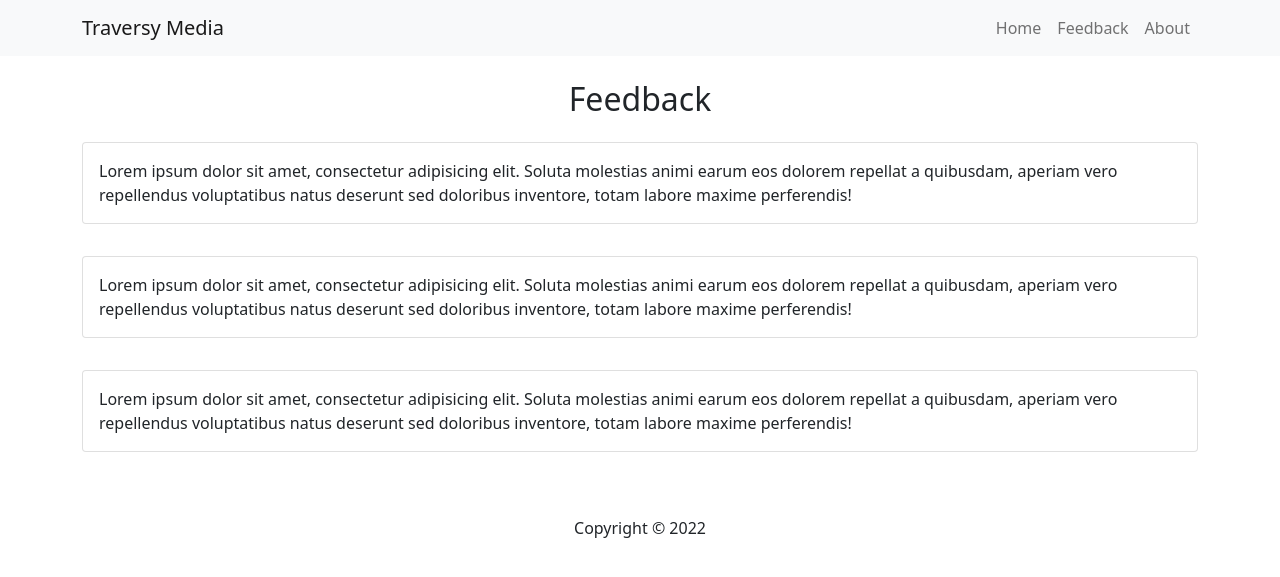
Repository: Haviles04/feedback
Page: http://localhost/feedback.php
An editor plug-in stored every save of this project. The page is shown before and after the next save, followed by the edit.
The browser window is 1280 px wide. The pictures show the whole page.
The page is run by PHP 8.4 with error messages shown; the project is at /var/www/html/.

Above is the page before, as saved 2024-04-29 18:10:48.

### feedback.php
<?php include 'inc/header.php'; ?>

<?php
$feedback = [
  [
    'id' => '1',
    'name' => 'Beth Williams',
    'email' => 'beth@gmail.com',
    'body' => 'This is ok'
  ],
  [
    'id' => '2',
    'name' => 'Walt Williams',
    'email' => 'walt@gmail.com',
    'body' => 'This sucks'
  ],
  [
    'id' => '3',
    'name' => 'Bill Johnson',
    'email' => 'bill@gmail.com',
    'body' => 'This rocks!'
  ]
]
?>


<h2>Feedback</h2>

<?php if (empty($feedback)) : ?>
  <p class="lead mt-3"> There is no feedback</p>
<?php endif; ?>

<div class="card my-3">
  <div class="card-body">
    Lorem ipsum dolor sit amet, consectetur adipisicing elit. Soluta
    molestias animi earum eos dolorem repellat a quibusdam, aperiam vero
    repellendus voluptatibus natus deserunt sed doloribus inventore,
    totam labore maxime perferendis!
  </div>
</div>

<div class="card my-3">
  <div class="card-body">
    Lorem ipsum dolor sit amet, consectetur adipisicing elit. Soluta
    molestias animi earum eos dolorem repellat a quibusdam, aperiam vero
    repellendus voluptatibus natus deserunt sed doloribus inventore,
    totam labore maxime perferendis!
  </div>
</div>

<div class="card my-3">
  <div class="card-body">
    Lorem ipsum dolor sit amet, consectetur adipisicing elit. Soluta
    molestias animi earum eos dolorem repellat a quibusdam, aperiam vero
    repellendus voluptatibus natus deserunt sed doloribus inventore,
    totam labore maxime perferendis!
  </div>
</div>

<?php include 'inc/footer.php';

### inc/header.php
<?php include 'config/database.php'; ?>


<!DOCTYPE html>
<html lang="en">

<head>
    <meta charset="UTF-8" />
    <meta http-equiv="X-UA-Compatible" content="IE=edge" />
    <meta name="viewport" content="width=device-width, initial-scale=1.0" />
    <link href="https://cdn.jsdelivr.net/npm/bootstrap@5.0.2/dist/css/bootstrap.min.css" rel="stylesheet" integrity="sha384-EVSTQN3/azprG1Anm3QDgpJLIm9Nao0Yz1ztcQTwFspd3yD65VohhpuuCOmLASjC" crossorigin="anonymous" />
    <title>Leave Feedback</title>
</head>

<body>
    <nav class="navbar navbar-expand-sm navbar-light bg-light mb-4">
        <div class="container">
            <a class="navbar-brand" href="#">Traversy Media</a>
            <button class="navbar-toggler" type="button" data-bs-toggle="collapse" data-bs-target="#navbarNav" aria-controls="navbarNav" aria-expanded="false" aria-label="Toggle navigation">
                <span class="navbar-toggler-icon"></span>
            </button>
            <div class="collapse navbar-collapse" id="navbarNav">
                <ul class="navbar-nav ms-auto">
                    <li class="nav-item">
                        <a class="nav-link" href="./index.php">Home</a>
                    </li>
                    <li class="nav-item">
                        <a class="nav-link" href="./feedback.php">Feedback</a>
                    </li>
                    <li class="nav-item">
                        <a class="nav-link" href="./about.php">About</a>
                    </li>
                </ul>
            </div>
        </div>
    </nav>

    <main>
        <div class="container d-flex flex-column align-items-center">

### config/database.php
<?php
define('DB_HOST', 'localhost');
define('DB_USER', 'henry');
define('DB_PASS', '123456');
define('DB_NAME', 'php_dev');

$conn = new mysqli(DB_HOST, DB_USER, DB_PASS, DB_NAME);

if ($conn->connect_error) {
    die('Connection failed' . $conn->connect_error);
}

### inc/footer.php
</div>
</main>

<footer class="text-center mt-5">Copyright &copy; 2022</footer>

<script src="https://cdn.jsdelivr.net/npm/bootstrap@5.0.2/dist/js/bootstrap.bundle.min.js" integrity="sha384-MrcW6ZMFYlzcLA8Nl+NtUVF0sA7MsXsP1UyJoMp4YLEuNSfAP+JcXn/tWtIaxVXM" crossorigin="anonymous"></script>
</body>

</html>

After the next save:
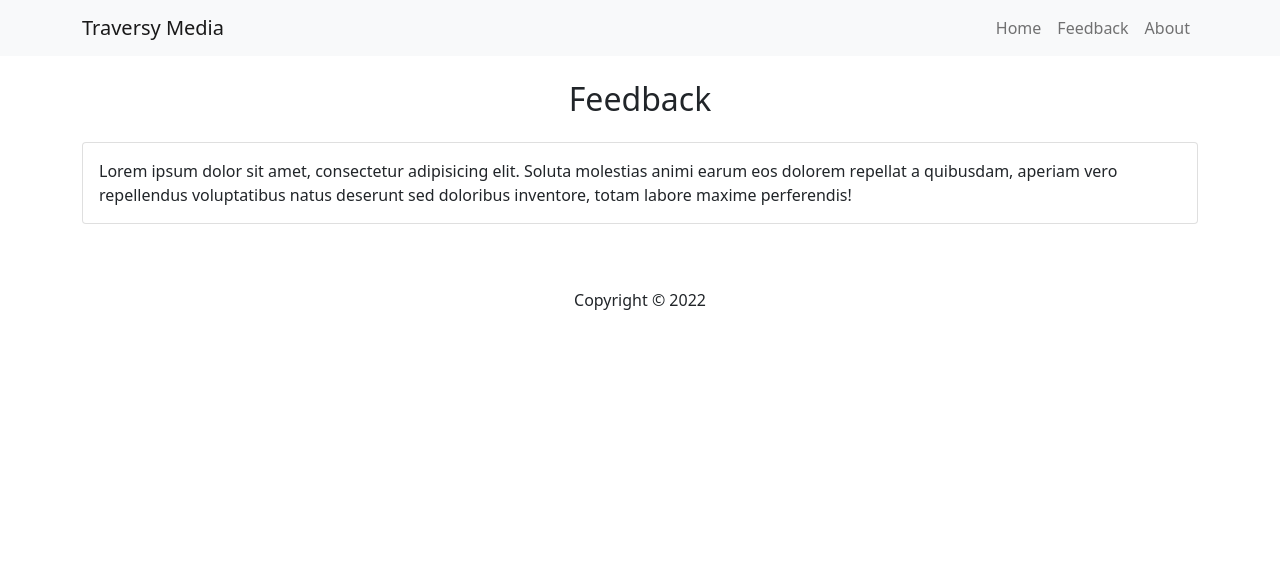
Saved 17 s later.
--- a/feedback.php
+++ b/feedback.php
@@ -39,22 +39,5 @@ $feedback = [
   </div>
 </div>
 
-<div class="card my-3">
-  <div class="card-body">
-    Lorem ipsum dolor sit amet, consectetur adipisicing elit. Soluta
-    molestias animi earum eos dolorem repellat a quibusdam, aperiam vero
-    repellendus voluptatibus natus deserunt sed doloribus inventore,
-    totam labore maxime perferendis!
-  </div>
-</div>
-
-<div class="card my-3">
-  <div class="card-body">
-    Lorem ipsum dolor sit amet, consectetur adipisicing elit. Soluta
-    molestias animi earum eos dolorem repellat a quibusdam, aperiam vero
-    repellendus voluptatibus natus deserunt sed doloribus inventore,
-    totam labore maxime perferendis!
-  </div>
-</div>
 
 <?php include 'inc/footer.php';
